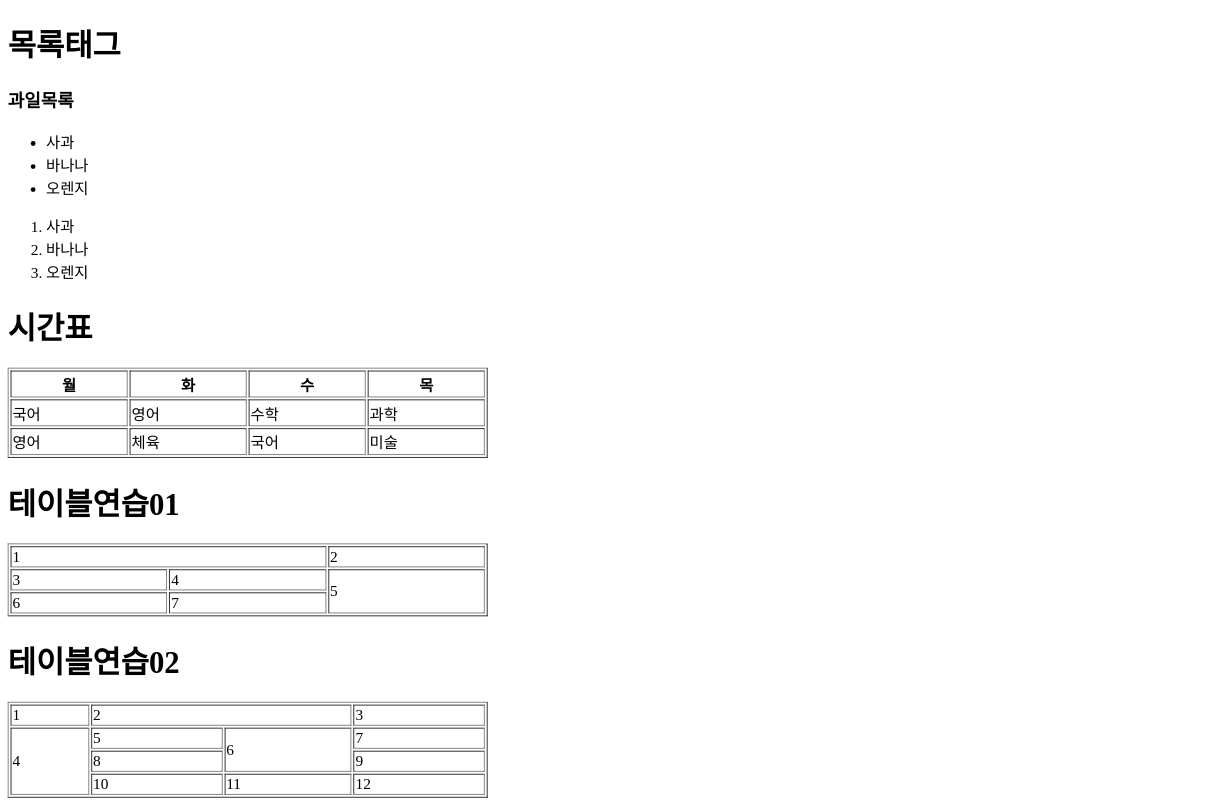
Repository: kmg8138/html
Page: 2020.04.06/ex0406/WebContent/ex04.html
The author's editor kept a copy of each file at every save. The page is drawn from the files as they stood at one save, then again after the next save.
The browser window is 1280 px wide. The pictures show the whole page, at 96% of full size.

Above is the page before, as saved 2020-04-06 05:17:04.

After the next save:
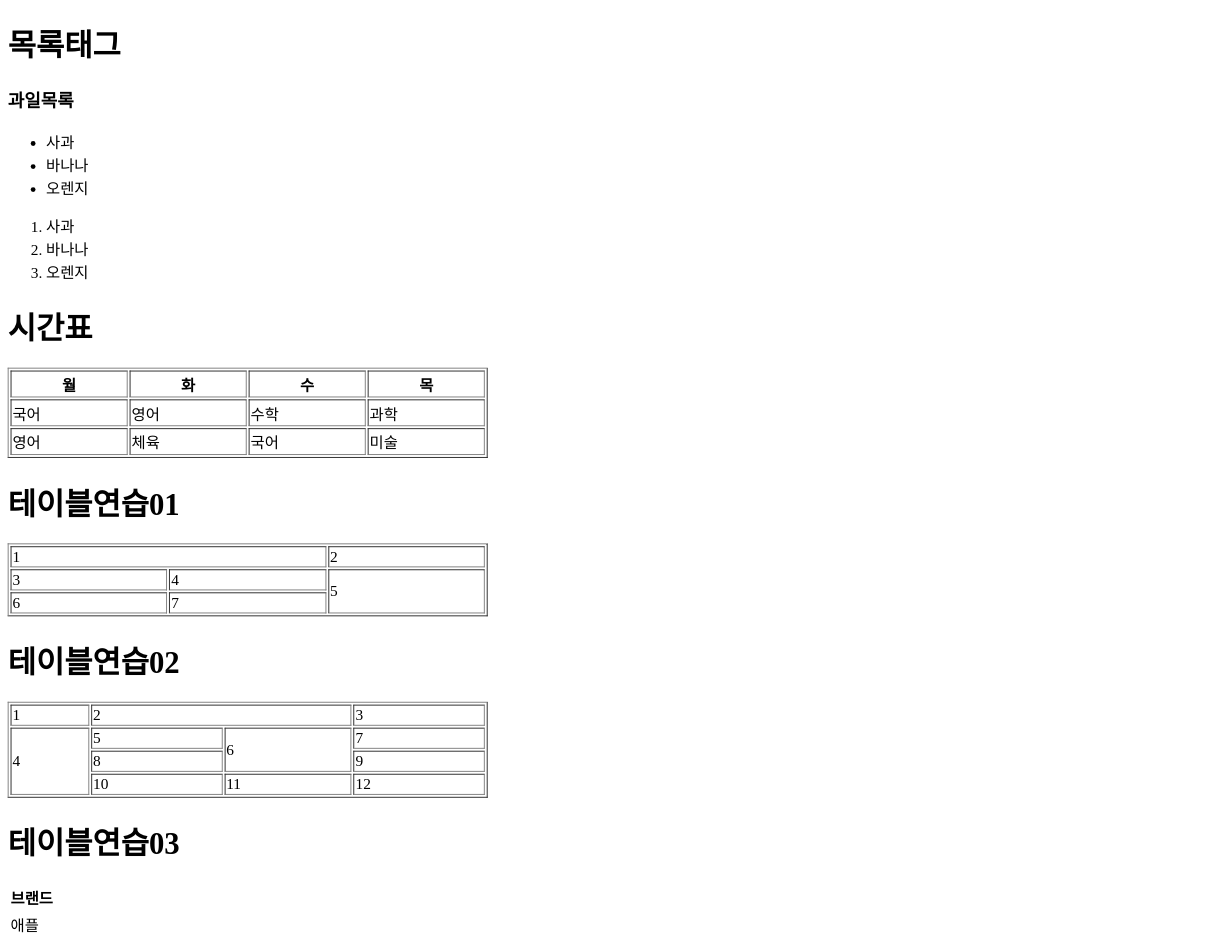
Saved 6 min 8 s later.
--- a/2020.04.06/ex0406/WebContent/ex04.html
+++ b/2020.04.06/ex0406/WebContent/ex04.html
@@ -79,5 +79,14 @@
 			<td>12</td>
 		</tr>
 	</table>
+	<h1>테이블연습03</h1>
+	<table>
+		<tr border=1 width=1000>
+			<th colspan=6>브랜드</th>
+		</tr>
+		<tr>
+			<td>애플</td>
+		</tr>
+	</table>
 </body>
 </html>
